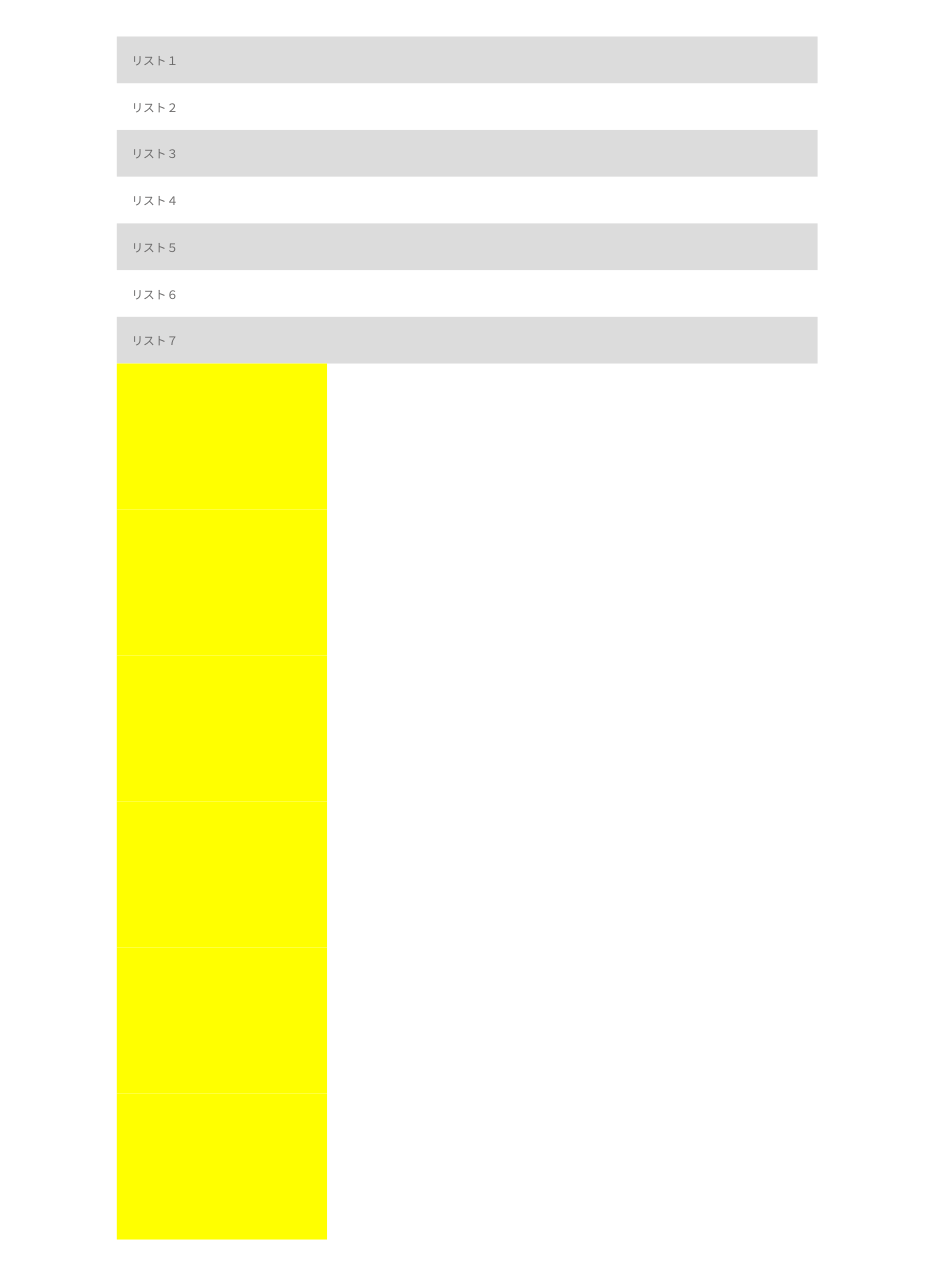
Repository: kiruha313/DWC
Page: exersise8/index.html
The author's editor kept a record of every edit. The page is drawn from the files as they stood at one moment, then again after the next edit.
The browser window is 1280 px wide. The pictures show the whole page, at 73% of full size.

Above is the page before.

### exersise8/index.html
<!DOCTYPE html>
<html lang="ja">
  <head>
    <meta charset="UTF-8" />
    <link rel="stylesheet" href="style.css" />
    <title>8</title>
  </head>


  <body class="list-box">

    <div class="list-item">
      <div class="list">リスト１</div>
      <div class="list">リスト２</div>
      <div class="list">リスト３</div>
      <div class="list">リスト４</div>
      <div class="list">リスト５</div>
      <div class="list">リスト６</div>
      <div class="list">リスト７</div>
    </div>

    <div class="color-contents">
      <div class="color-box"></div>
      <div class="color-box"></div>
      <div class="color-box"></div>
      <div class="color-box"></div>
      <div class="color-box"></div>
      <div class="color-box"></div>
      <div class="color-box"></div>
      <div class="color-box"></div>
      <div class="color-box"></div>
    </div>

  </body>
</html>

### exersise8/style.css
* {
  margin: 0;
  padding: 0;
  box-sizing: border-box;
  color: #6c6b6b;
}

.list-box {
  width: 960px;
  padding-top: 50px;
  padding-bottom: 50px;
  margin: 0 auto;
}

.list {
  padding: 20px;
}

.list:nth-child(odd) {
  background-color: #dcdcdc;
}

.color-box:nth-child(1,5,9) {
  width: 30%;
  height: 200px;
  background-color: orange;
}

.color-box:nth-child(2) {
  width: 30%;
  height: 200px;
  background-color: yellow;
}

.color-box:nth-child(3) {
  width: 30%;
  height: 200px;
  background-color: yellow;
}

.color-box:nth-child(4) {
  width: 30%;
  height: 200px;
  background-color: yellow;
}

.color-box:nth-child() {
  background-color: orange;
}

.color-box:nth-child(6) {
  width: 30%;
  height: 200px;
  background-color: yellow;
}

.color-box:nth-child(7) {
  width: 30%;
  height: 200px;
  background-color: yellow;
}

.color-box:nth-child(8) {
  width: 30%;
  height: 200px;
  background-color: yellow;
}

.color-box:nth-child() {
  background-color: orange;
}

After the next edit:
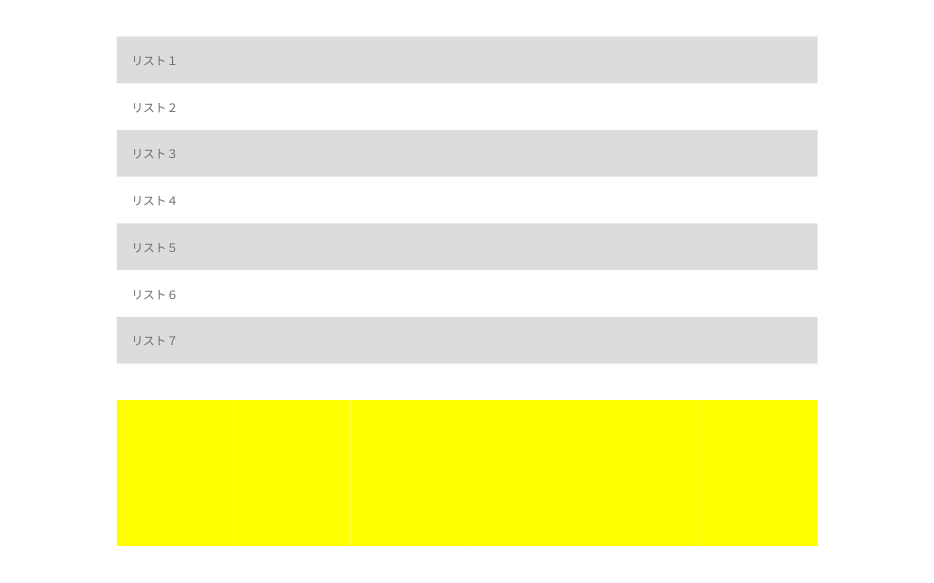
The edit:
--- a/exersise8/style.css
+++ b/exersise8/style.css
@@ -18,6 +18,12 @@
 
 .list:nth-child(odd) {
   background-color: #dcdcdc;
+}
+
+.color-contents {
+  padding-top: 50px;
+  display: flex;
+  justify-content: flex;
 }
 
 .color-box:nth-child(1,5,9) {
